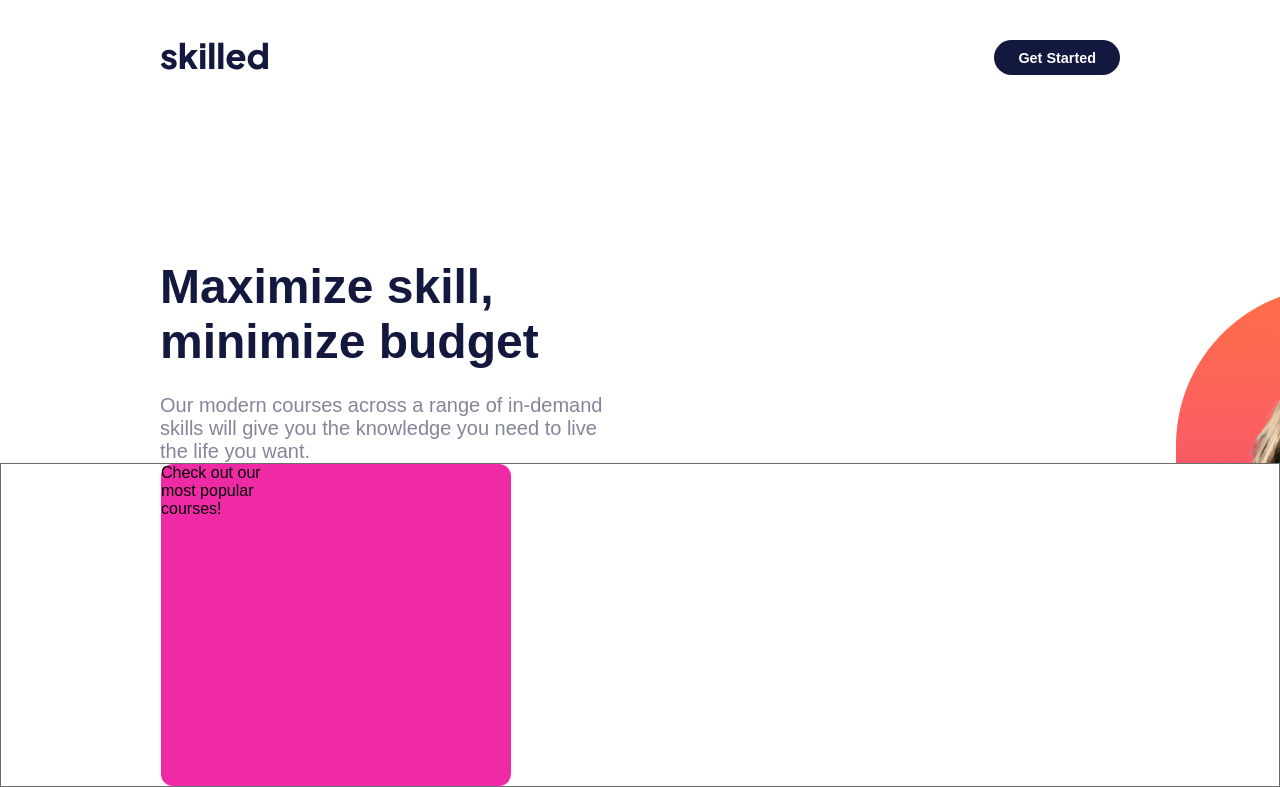
Repository: exe-walt/E-Learning-Landing-Page
Page: index.html
The author's editor kept a copy of each file at every save. The page is drawn from the files as they stood at one save, then again after a run of saves.
The browser window is 1280 px wide. The pictures show the whole page.
Some web fonts or font styles are not loaded; a fallback is used.

Above is the page before, as saved 2025-05-28 14:01:50.

### index.html
<!DOCTYPE html> <!-- Document type declaration for HTML5 -->
<html lang="en">
<head>
  <meta charset="UTF-8"> <!-- Character encoding set to UTF-8 -->
  <meta name="viewport" content="width=device-width, initial-scale=1.0"> <!-- Responsive design meta tag -->
  <title>Skilled E-Learning Page</title> <!-- Page title -->
  <link rel="stylesheet" href="css/style.css"> <!-- Link to external CSS file -->
  <link href="https://fonts.cdnfonts.com/css/plus-jakarta-sans" rel="stylesheet"> <!-- Import custom font -->
</head>
<body>
  <div class="content-container"> <!-- Main content container -->

    <!-- NAVBAR SECTION -->
    <div class="navbar">
      <ul>
        <li id="logo">
          <img src="img/skilled-logo.svg" alt="logo">
        </li>
        <li class="navbar-button">
          <button>Get Started</button> <!-- Call-to-action button -->
        </li>
      </ul>
    </div>

    <!-- HERO SECTION -->
    <div class="hero-section">
      <div class="hero-text">
        <h1>Maximize skill, <br>minimize budget</h1>

        <p>
          Our modern courses across a range of in-demand <br> skills will give you the knowledge you need to live <br> the life you want.
        </p>
      </div>
    </div>

    <!--Popular Courses Cards-->
    <div class="courses-container">
      <div class="main-left">
        <p>Check out our <br>most popular <br>courses! </p>
      </div>
      <div class="animation-card"></div>
      <div class="design-card"></div>
    </div>


  </div>

</body>
</html>

### css/style.css
* {
  box-sizing: border-box;
  margin: 0;
  padding: 0;
}

.navbar, .hero-section{
  background-image: url(../img/Group19.png);
}

body {
  font-family: "Plus Jakarta Sans", sans-serif;
  margin: 0;
  display: flex;
  justify-content: center;
  align-items: center;
}

.content-container {
  background-color: #ffffff;
  max-width: 100%;
  width: 100%;
  height: auto;
}

.navbar {
  display: flex;
  justify-content: space-between;
  align-items: center;
  background-color: white;
  margin-left: 10em;
  margin-right: 10em;
  margin-top: 2.5em;
}

.navbar ul {
  display: flex;
  align-items: center;
  justify-content: space-between;
  width: 100%;
  list-style: none;
}

#logo img {
  height: 1.75em;
  width: auto;
}

.navbar-button button {
  background-color: #13183f;
  color: white;
  border: none;
  border-radius: 999px;
  padding: 0.6rem 1.5rem;
  font-weight: 600;
  font-size: 0.9rem;
  cursor: pointer;
  transition: background-color 0.3s ease;
}

.navbar-button button:hover {
  background-color: #666ca3;
}

.hero-section {
  display: flex;
}

.hero-text {
  margin-left: 10em;
  margin-top: 11.5em;
}

.hero-text h1 {
  font-weight: 800; /* ExtraBold */
  font-size: 3rem;
  color: #13183f;
}

.hero-text p {
  font-weight: 400; /* Medium */
  font-size: 1.25rem;
  color: #83869a;
  padding-top: 1.25em;
}

.courses-container{
  max-width: 100%;
  width: 100%;
  height: auto;
  border: 1px solid #6d6d6d;
  padding-left: 10em;
}

.main-left{
  width: 350px;
  height: 322px;
  border-radius: 12px;
  background: #F02AA6; /* apply the gradient here #F02AA6 - FF6F48*/
}

After the next 2 saves:
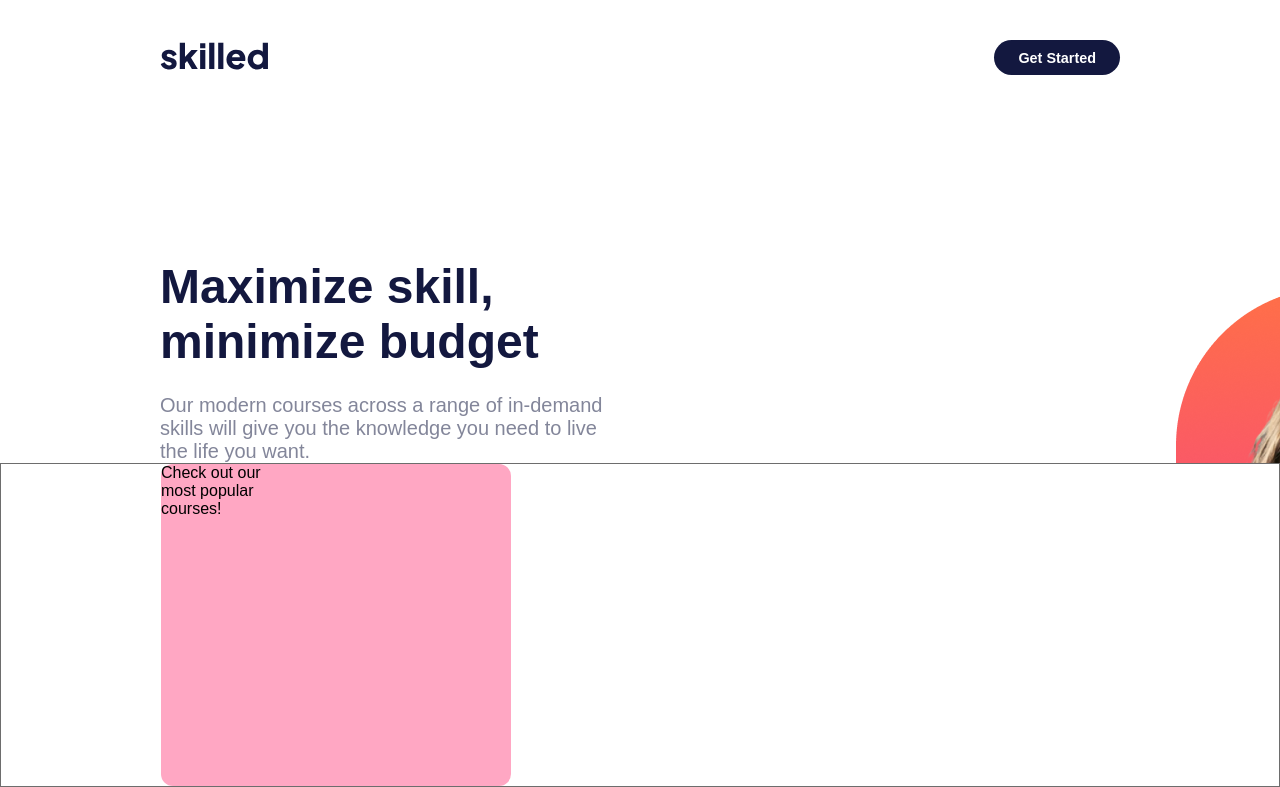
The 2 saves are shown as one change because they came seconds apart.
The last was saved 46 s later.
--- a/css/style.css
+++ b/css/style.css
@@ -96,5 +96,5 @@ body {
   width: 350px;
   height: 322px;
   border-radius: 12px;
-  background: #F02AA6; /* apply the gradient here #F02AA6 - FF6F48*/
+  background: #FFA7C3; /* apply the gradient here #F02AA6 - FF6F48*/
 }
